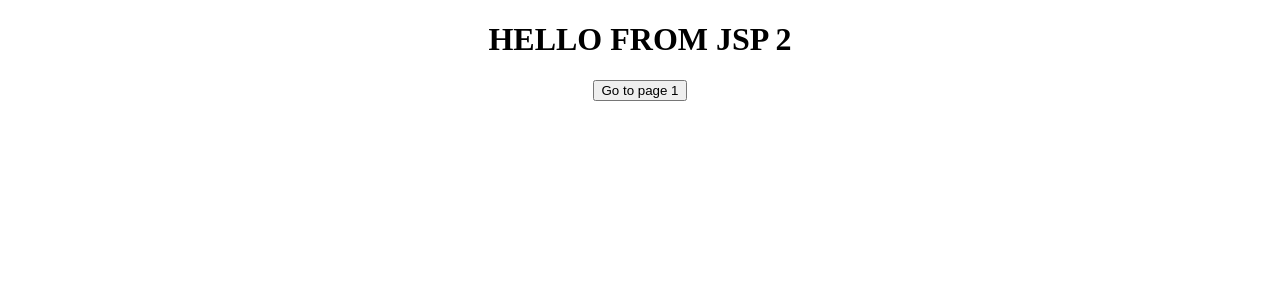
Repository: dannytayade1495/WEJE3
Page: http://localhost/jsp/DemoJsp2.jsp
An editor plug-in stored every save of this project. The page is shown before and after the next save, followed by the edit.
The browser window is 1280 px wide. The pictures show the whole page.
The page is served by Tomcat 9.

Above is the page before, as saved 2023-03-23 11:00:07.

### jsp/src/main/webapp/DemoJsp2.jsp
<%@ page language="java" contentType="text/html; charset=UTF-8"
	pageEncoding="UTF-8"%>
<!DOCTYPE html>
<html>
<head>
<meta charset="UTF-8">
<title>JSP PAGE 2</title>
</head>
<body>
	<div align="center">
		<h1>HELLO FROM JSP 2</h1>
		<form action="./DemoJsp1.jsp">
			<input type="submit" value="Go to page 1">
		</form>
	</div>
</body>
</html>

After the next save:
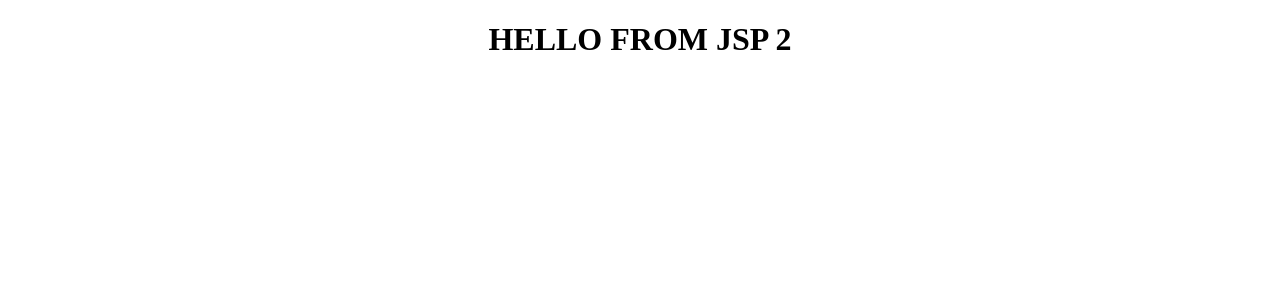
Saved 16 min 56 s later.
--- a/jsp/src/main/webapp/DemoJsp2.jsp
+++ b/jsp/src/main/webapp/DemoJsp2.jsp
@@ -9,9 +9,6 @@
 <body>
 	<div align="center">
 		<h1>HELLO FROM JSP 2</h1>
-		<form action="./DemoJsp1.jsp">
-			<input type="submit" value="Go to page 1">
-		</form>
 	</div>
 </body>
 </html>
